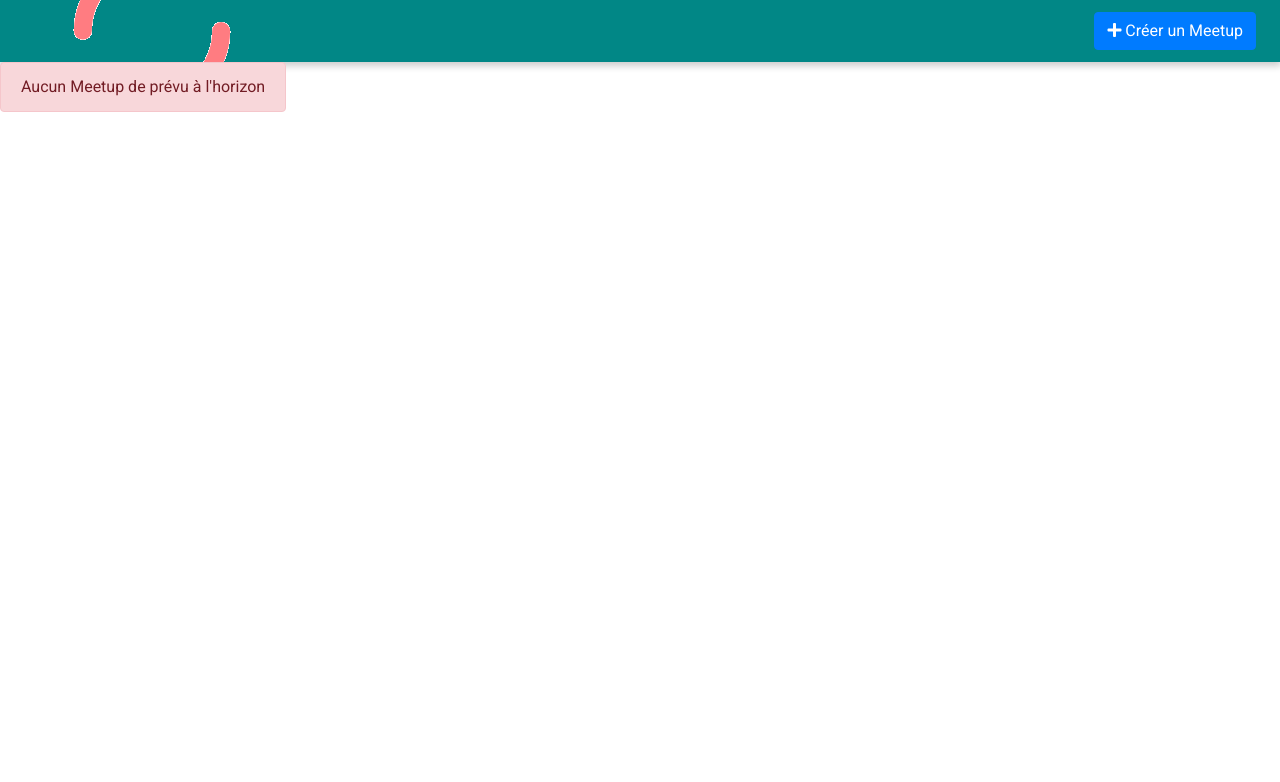
Repository: Symfomany/backandfront
Page: / (app in front/)
The author's editor kept a copy of each file at every save. The page is drawn from the files as they stood at one save, then again after the next save.
The browser window is 1280 px wide. The pictures show the whole page.
The page's requests for data from a server got no answer. Some web libraries are served in a nearby version. The project was rebuilt for these pictures with package versions that can differ from the ones it lists, and the page was loaded fresh each time. No one was signed in, and anything a server would have sent is missing. Also part of the build but not shown: front/src/Meetup.css, front/src/Meetup.js, front/src/FormMeetup.js.

Above is the page before, as saved 2018-05-28 20:55:35.

After the next save:
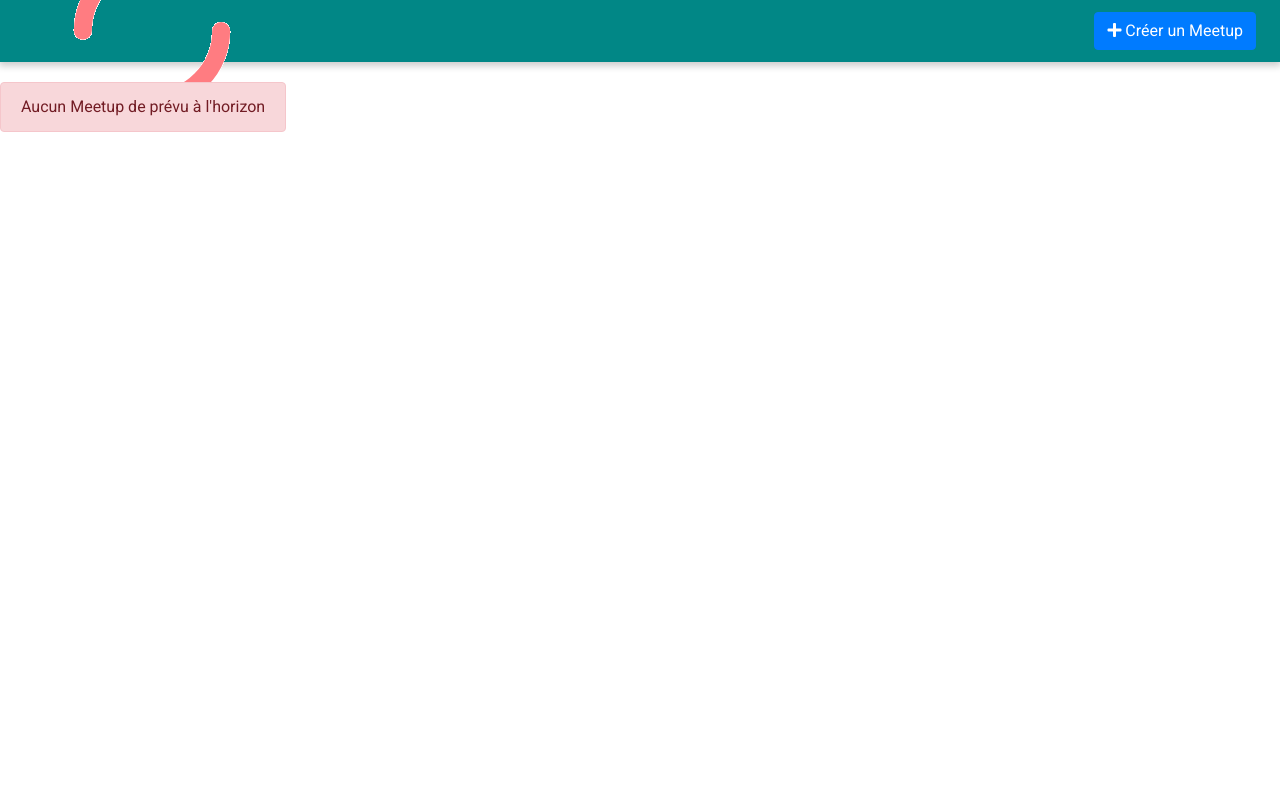
Saved 17 s later.
--- a/front/src/App.css
+++ b/front/src/App.css
@@ -1,6 +1,6 @@
 .animated-page-wrapper {
   position: absolute;
-  top: 62px;
+  top: 82px;
   left: 0;
   width: 100%;
   height: 100%;
